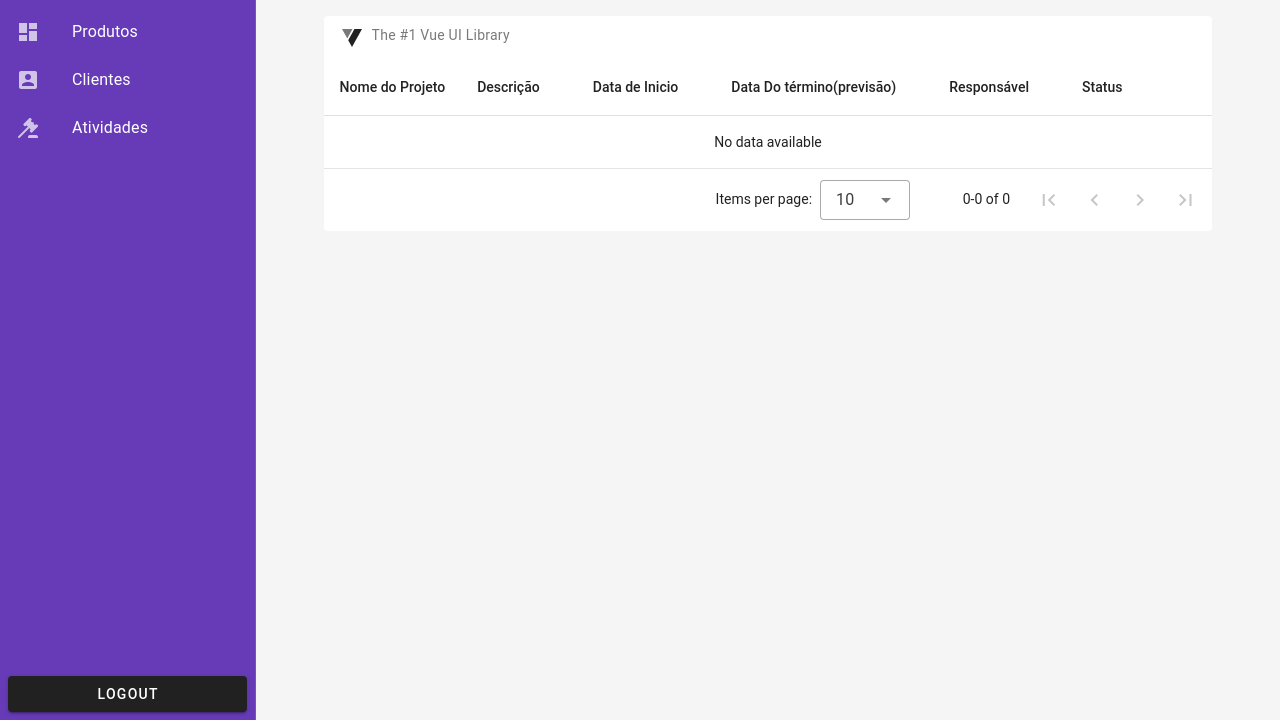
Repository: NtiSilva/Front_AG
Page: /products
An editor plug-in stored every save of this project. The page is shown before and after a run of saves, followed by the edit.
The browser window is 1280 px wide. The pictures show the whole page.
The page's requests for data from a server got no answer. The project was rebuilt for these pictures with package versions that can differ from the ones it lists, and the page was loaded fresh each time. No one was signed in, and anything a server would have sent is missing. Also part of the build but not shown: vite.config.mjs, src/components/Alert.vue, src/components/Atividades/FormActivities.vue, src/components/Atividades/index.vue, src/components/Clientes/FormClient.vue, src/components/Dialog.vue, src/components/DialogRemove.vue, src/components/Clientes/ListClients.vue and 8 more.

Above is the page before, as saved 2024-06-19 22:04:24.

### src/main.js
import { createApp } from "vue";

import { registerPlugins } from "@/plugins";
import "./plugins/axios";

import App from "./App.vue";
import store from "./store";

const app = createApp(App).use(store);

registerPlugins(app);

app.mount("#app");

### src/plugins/axios.js
import axios from "axios";

axios.defaults.baseURL = import.meta.env.VITE_API_URL;

### src/App.vue
<template>
  <v-app>
    <v-navigation-drawer
      class="bg-deep-purple"
      theme="dark"
      permanent
    >
      <v-list color="transparent">
        <v-list-item prepend-icon="mdi-view-dashboard" title="Produtos" @click="navigateTo('/products')"></v-list-item>
        <v-list-item prepend-icon="mdi-account-box" title="Clientes" @click="navigateTo('/clients')"></v-list-item>
        <v-list-item prepend-icon="mdi-gavel" title="Atividades" @click="navigateTo('/activies')"></v-list-item>
      </v-list>

      <template v-slot:append>
        <div class="pa-2">
          <v-btn block @click="logout">
            Logout
          </v-btn>
        </div>
      </template>
    </v-navigation-drawer>

    <v-main class="main-content">
      <router-view />
    </v-main>
  </v-app>
</template>

<script>
export default {
  name: 'App',
  methods: {
    navigateTo(route) {
      this.$router.push(route);
    },
    logout() {
      // lógica para logout
    },
  },
};
</script>

<style>
html, body, #app {
  height: 100%;
  margin: 0;
}

.v-application {
  height: 100%;
}

.v-main {
  display: flex;
  flex-direction: column;
  height: 100%;
  background-color: #f5f5f5;
}

.v-navigation-drawer {
  height: 100%;
}
</style>

### src/store/index.js
import { createStore } from "vuex";
import activities from "./activities";
import clients from "./clients";
import productsModule from "./products";

export default createStore({
  modules: {
    activities,
    clients,
    productsModule,
  },
});

### src/plugins/vuetify.js
/**
 * plugins/vuetify.js
 *
 * Framework documentation: https://vuetifyjs.com`
 */

// Styles
import "@mdi/font/css/materialdesignicons.css";
import "vuetify/styles";

// Composables
import { createVuetify } from "vuetify";

// https://vuetifyjs.com/en/introduction/why-vuetify/#feature-guides
export default createVuetify({
  // theme: {
  //   defaultTheme: "dark",
  // },
});

### src/router/index.js
import { createRouter, createWebHistory } from "vue-router";
import Products from "@/pages/Products.vue";
import Activities from "@/pages/Activities.vue";
import Clients from "@/pages/Clients.vue";
import Home from "@/pages/HomePage.vue";

const routes = [
  {
    path: "/",
    name: "Home",
    component: Home,
  },
  {
    path: "/clients",
    name: "Clients",
    component: Clients,
  },
  {
    path: "/activities",
    name: "Activities",
    component: Activities,
  },
  {
    path: "/products",
    name: "Products",
    component: Products,
  },
];

const router = createRouter({
  history: createWebHistory(process.env.BASE_URL),
  routes,
});

export default router;

### src/store/activities.js
export default {
  state: {
    // state for module 1
  },
  mutations: {
    // mutations for module 1
  },
  actions: {
    // actions for module 1
  },
  getters: {
    // getters for module 1
  },
};

### src/store/clients.js
export default {
  state: {
    // state for module 1
  },
  mutations: {
    // mutations for module 1
  },
  actions: {
    // actions for module 1
  },
  getters: {
    // getters for module 1
  },
};

### src/store/products.js
import {
  getProducts,
  getProductById,
  createProduct,
  updateProduct,
  deleteProduct,
} from "@/services/productsServices";

const state = {
  products: [],
};

const mutations = {
  SET_PRODUCTS(state, products) {
    state.products = products;
  },
};

const actions = {
  async fetchProducts({ commit }) {
    try {
      const products = await getProducts();
      commit("SET_PRODUCTS", products);
    } catch (error) {
      console.error("Error fetching products:", error);
    }
  },
  async addProduct({ dispatch }, productData) {
    try {
      await createProduct(productData);
      dispatch("fetchProducts");
    } catch (error) {
      console.error("Error adding product:", error);
    }
  },
  async updateProduct({ dispatch }, { productId, productData }) {
    try {
      await updateProduct(productId, productData);
      dispatch("fetchProducts");
    } catch (error) {
      console.error("Error updating product:", error);
    }
  },
  async removeProduct({ dispatch }, productId) {
    try {
      await deleteProduct(productId);
      dispatch("fetchProducts");
    } catch (error) {
      console.error("Error removing product:", error);
    }
  },
};

const getters = {
  getProductById: (state) => (productId) => {
    return state.products.find((product) => product.id === productId);
  },
};

const productsModule = {
  namespaced: true,
  state,
  mutations,
  actions,
  getters,
};

export default productsModule;

### src/pages/Products.vue
<template>
  <v-container
    class="d-flex align-center justify-center"
    fill-height
  >
  <v-card
    flat
    class="mx-auto"
    prepend-icon="$vuetify"
    subtitle="The #1 Vue UI Library"
  >
  <v-data-table
    :headers="headers"
    :items="products"
    v-model:search="search"
  >
    <template v-slot:item.status="{ value }">
      <div class="text-end">
        <v-chip
          :color="getColor(value)"
          class="text-uppercase"
          size="small">
            {{ value }}
        </v-chip>
      </div>

    </template>

    <template v-slot:item.config="{ item }">
      <div class="d-flex justify-center">
        <v-icon
          class="me-2"
          size="small"
          @click="editItem(item)"
          icon="mdi-pencil"
        />
        <v-icon
          size="small"
          @click="deleteItem(item)"
          icon="mdi-delete"
        />
      </div>
    </template>
  </v-data-table>
  </v-card>
  </v-container>
</template>

<script>
import { ref, onMounted, computed } from 'vue';
import { useStore } from 'vuex';

export default {
  name: "DashProducts",
  setup() {
    const store = useStore();

    const headers = [
      { align: 'start', key: 'project_name', sortable: false, title: 'Nome do Projeto' },
      { key: 'project_description', title: 'Descrição' },
      { key: 'dt_init', title: 'Data de Inicio' },
      { key: 'dt_end', title: 'Data Do término(previsão)' },
      { key: 'client.name', title: 'Responsável' },
      { key: 'status', title: 'Status' },
      { key: 'config', title: '' },
    ];

    const products = ref([]);

    // Mapeia o estado do Vuex
    const mappedProducts = computed(() => store.state.productsModule.products);

    const getColor = (status) => {
      if (status === 'Fechado') return 'red';
      else if (status === 'Em andamento') return 'orange';
      else return 'green';
    };

    const deleteItem = (item) =>{
      // Abrir modal de confirmação e so depois excluir
      store.dispatch('productsModule/removeProduct', item.projectId);

    }

    // Ações do Vuex
    const fetchProducts = () => store.dispatch('productsModule/fetchProducts');

    onMounted(() => {
      fetchProducts();
    });

    return {
      headers,
      products: mappedProducts,
      getColor,
      fetchProducts,
      deleteItem
    };
  }
};
</script>

### src/services/productsServices.js
// productsService.js
import axios from "axios";

const baseURL = "/project"; // Base URL for product endpoints

const getProducts = async () => {
  try {
    const response = await axios.get(`${baseURL}/all`);
    return response.data;
  } catch (error) {
    console.error("Erro ao buscar produtos:", error);
    throw error;
  }
};

const getProductById = async (productId) => {
  try {
    const response = await axios.get(`${baseURL}/${productId}`);
    return response.data;
  } catch (error) {
    console.error(`Erro ao buscar produto com ID ${productId}:`, error);
    throw error;
  }
};

const createProduct = async (productData) => {
  try {
    const response = await axios.post(`${baseURL}/add`, productData);
    return response.data;
  } catch (error) {
    console.error("Erro ao criar produto:", error);
    throw error;
  }
};

const updateProduct = async (productId, productData) => {
  try {
    const response = await axios.put(
      `${baseURL}/edit/${productId}`,
      productData
    );
    return response.data;
  } catch (error) {
    console.error(`Erro ao atualizar projeto com ID ${productId}:`, error);
    throw error;
  }
};

const deleteProduct = async (productId) => {
  try {
    const response = await axios.delete(`${baseURL}/delete/${productId}`);
    return response.data;
  } catch (error) {
    console.error(`Erro ao deletar projeto com ID ${productId}:`, error);
    throw error;
  }
};

export {
  getProducts,
  getProductById,
  createProduct,
  updateProduct,
  deleteProduct,
};

### src/components/removeModal.vue
<template>
  <v-dialog max-width="500">
  <template v-slot:activator="{ props: activatorProps }">
    <v-btn
      v-bind="activatorProps"
      color="surface-variant"
      variant="flat"
    ></v-btn>
  </template>

  <template v-slot:default="{ isActive }">
    <v-card title="Dialog">
      <v-card-text>
        Tem certeza que quer excluir?
      </v-card-text>

      <v-card-actions>
        <v-spacer></v-spacer>

        <v-btn
          text="Quero sim"
          @click="$emit('accepted')"
        ></v-btn>

        <v-btn
          text="Close Dialog"
          @click="isActive.value = false"
        ></v-btn>
      </v-card-actions>
    </v-card>
  </template>
</v-dialog>
</template>

<script>
  export default {
    emits: ['accepted']
  }
</script>

Loaded but not shown: index.html (common file); src/plugins/index.js (common file)

After the next 2 saves:
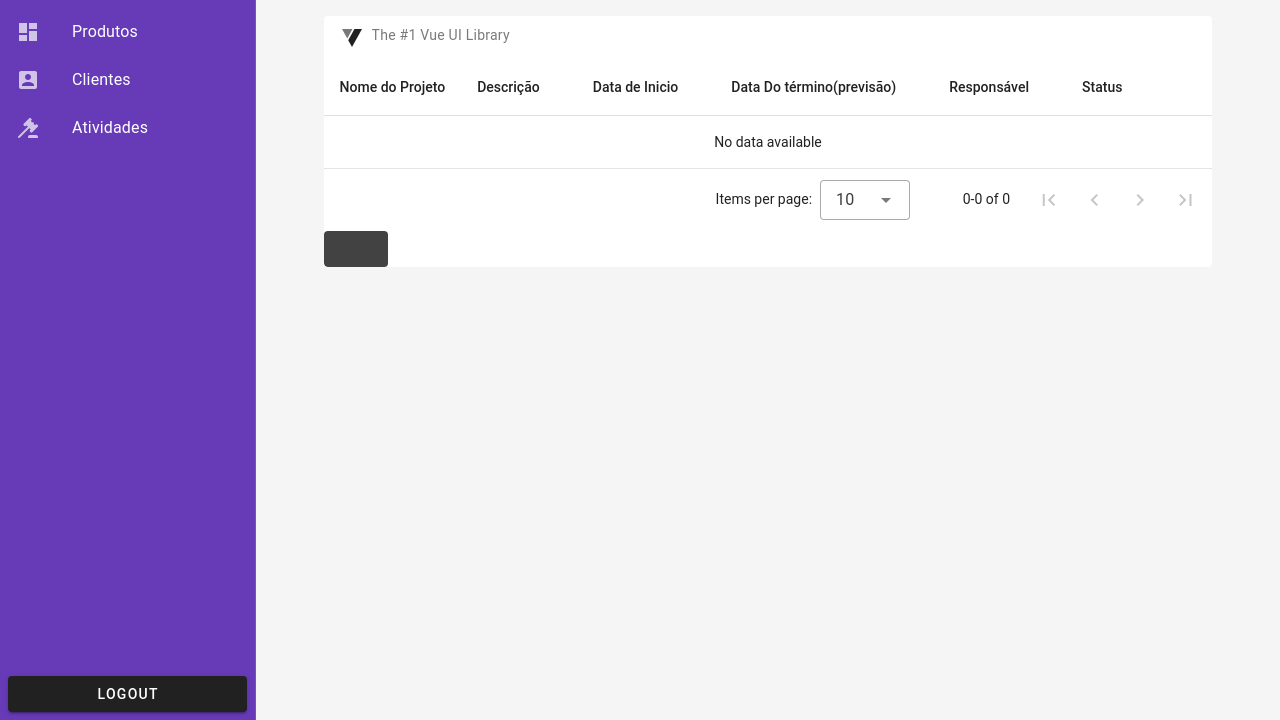
The 2 saves are shown as one change because 1 did not build or start.
The last was saved 22 s later.
--- a/src/pages/Products.vue
+++ b/src/pages/Products.vue
@@ -42,15 +42,18 @@
       </div>
     </template>
   </v-data-table>
+  <remove-modal></remove-modal>
   </v-card>
   </v-container>
 </template>
 
 <script>
+import removeModal from '@/components/removeModal.vue';
 import { ref, onMounted, computed } from 'vue';
 import { useStore } from 'vuex';
 
-export default {
+export default
+{
   name: "DashProducts",
   setup() {
     const store = useStore();

After the 3 saves that followed:
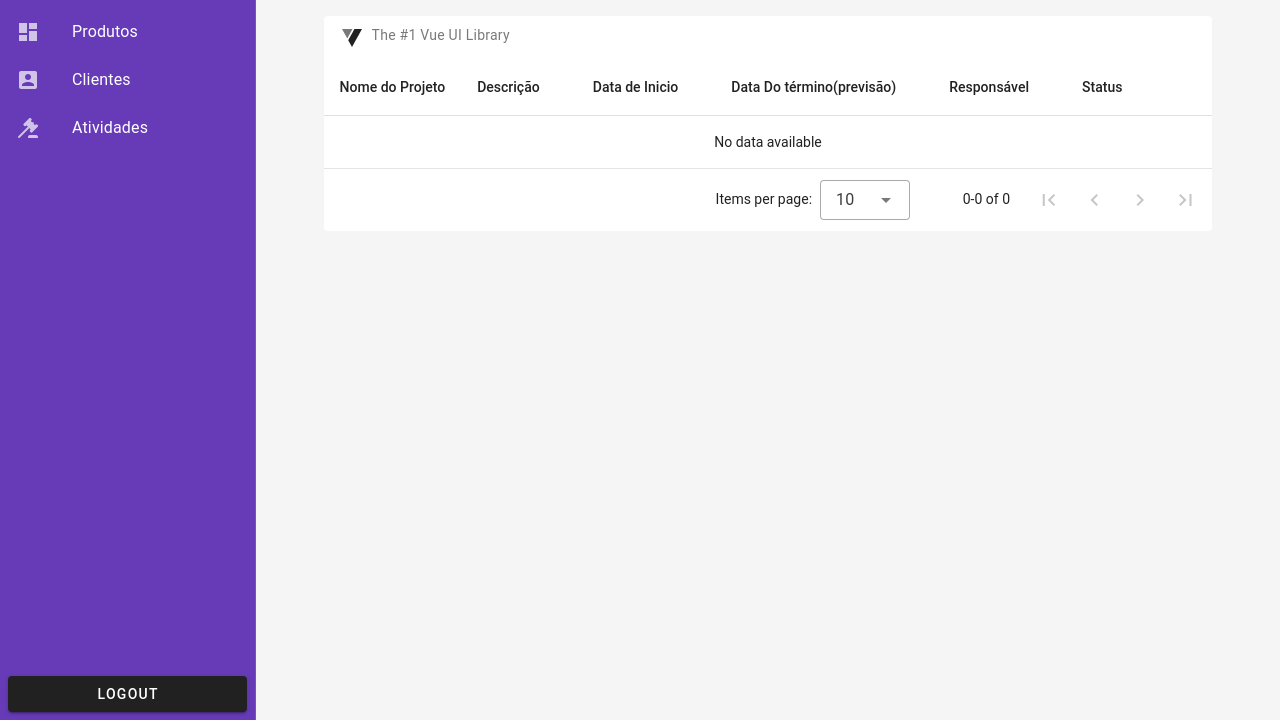
The 3 saves are shown as one change because 1 did not build or start and 1 left the picture as it was.
The last was saved 7 min 12 s later.
--- a/src/pages/Products.vue
+++ b/src/pages/Products.vue
@@ -42,7 +42,10 @@
       </div>
     </template>
   </v-data-table>
-  <remove-modal></remove-modal>
+  <remove-modal
+    v-if="showRemoveModal"
+    @confirm="confirmDelete"
+  ></remove-modal>
   </v-card>
   </v-container>
 </template>
@@ -70,7 +73,6 @@
 
     const products = ref([]);
 
-    // Mapeia o estado do Vuex
     const mappedProducts = computed(() => store.state.productsModule.products);
 
     const getColor = (status) => {
@@ -79,13 +81,15 @@
       else return 'green';
     };
 
+    const confirmDelete = () => {
+      console.log('voltou')
+    }
+
     const deleteItem = (item) =>{
       // Abrir modal de confirmação e so depois excluir
       store.dispatch('productsModule/removeProduct', item.projectId);
-
     }
 
-    // Ações do Vuex
     const fetchProducts = () => store.dispatch('productsModule/fetchProducts');
 
     onMounted(() => {
@@ -97,7 +101,8 @@
       products: mappedProducts,
       getColor,
       fetchProducts,
-      deleteItem
+      deleteItem,
+      confirmDelete
     };
   }
 };
--- a/src/components/removeModal.vue
+++ b/src/components/removeModal.vue
@@ -19,7 +19,7 @@
 
         <v-btn
           text="Quero sim"
-          @click="$emit('accepted')"
+          @click="$emit('confirm')"
         ></v-btn>
 
         <v-btn
